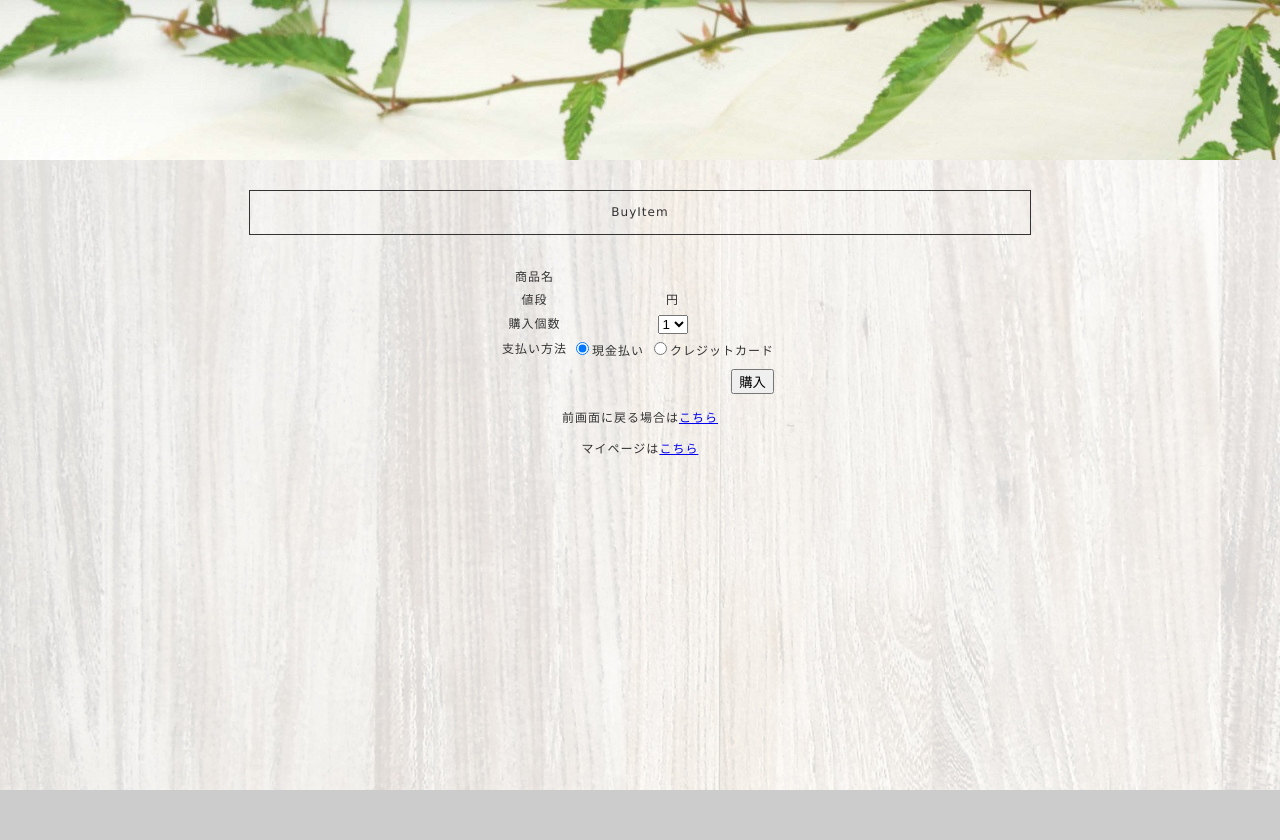
Repository: hiranatsu/ECtest
Page: http://localhost/myecsite01/buyItem.jsp
The author's editor kept a copy of each file at every save. The page is drawn from the files as they stood at one save, then again after the next save.
The browser window is 1280 px wide. The pictures show the whole page.
The page is served by Tomcat 9. Other server files are loaded and not shown.

Above is the page before, as saved 2018-09-19 04:37:43.

### myecsite01/WebContent/buyItem.jsp
<%@ page language="java" contentType="text/html; charset=UTF-8"
    pageEncoding="UTF-8"%>
<%@ taglib prefix="s" uri="/struts-tags" %>
<!DOCTYPE html>
<html>
<head>

	<meta http-equiv="Content-Type" content="text/html; charset=UTF-8"/>
	<meta http-equiv="Content-Style-Type" content="text/css"/>
	<meta http-equiv="Content-Script-Type" content="text/javascript"/>
	<meta http-equiv="itemtoolbar" content="no"/>
	<meta name="description" content=""/>
	<meta name="keywords" content=""/>
	<title>BuyItem画面</title>

	<style type="text/css">
	body{
	margin:0;
	padding:0;
	line-height:1.6;
	letter-spacing:1px;
	font-family:Verdana,Helvetica,sans-serif;
	font-size:12px;
	color:#333;
	background-image:url("haikei1.jpg");
	}

	table{
	text-align:center;
	margin: 0 auto;
	}

	#top{
	width:780px;
	margin:30px auto;
	border:1px solid #333;
	}

	#header{
	height:100px;
	padding:30px;
	background-image:url("ocha.jpg");
	background size:cover;
	text-align:center;
	}

	#main{
	width:100%;
	height:600px;
	text-align:center;
	}
	#footer{
	width:100%;
	height:50px;
	background-color:#CCCCCC;
	clear:both;
	}
	</style>

</head>
<body>
	<div id="header">
		<div id="pr"></div>
	</div>
	<div id="main">
		<div id="top">
			<p>BuyItem</p>
		</div>
		<div>
			<s:form action="BuyItemAction">
			<table>
				<tr>
					<td><span>商品名</span></td>
					<td><s:property value="session.buyItem_name"/><br></td>
					<td><s:property value="session.buyItem_name"/><br></td>
				</tr>
				<tr>
					<td><span>値段</span></td>
					<td><s:property value="session.buyItem_price"/><span>円</span></td>
				</tr>
				<tr>
					<td><span>購入個数</span></td>
					<td>
						<select name="count">
							<option value="1" selected="selected">1</option>
							<option value="2">2</option>
							<option value="3">3</option>
							<option value="4">4</option>
							<option value="5">5</option>
						</select>
					</td>
				</tr>
				<tr>
					<td><span>支払い方法</span></td>
					<td>
						<input type="radio" name="pay" value="1" checked="checked">現金払い
						<input type="radio" name="pay" value="2">クレジットカード
					</td>
				</tr>
				<tr>
					<td><s:submit value="購入"/></td>
				</tr>
			</table>
			</s:form>
			<div>
				<p>前画面に戻る場合は<a href='<s:url action="GoHomeAction"/>'>こちら</a></p>
				<p>マイページは<a href='<s:url action="MyPageAction"/>'>こちら</a></p>
			</div>
		</div>
	</div>
	<div id="footer">
		<div id="pr"></div>
	</div>

</body>
</html>

After the next save:
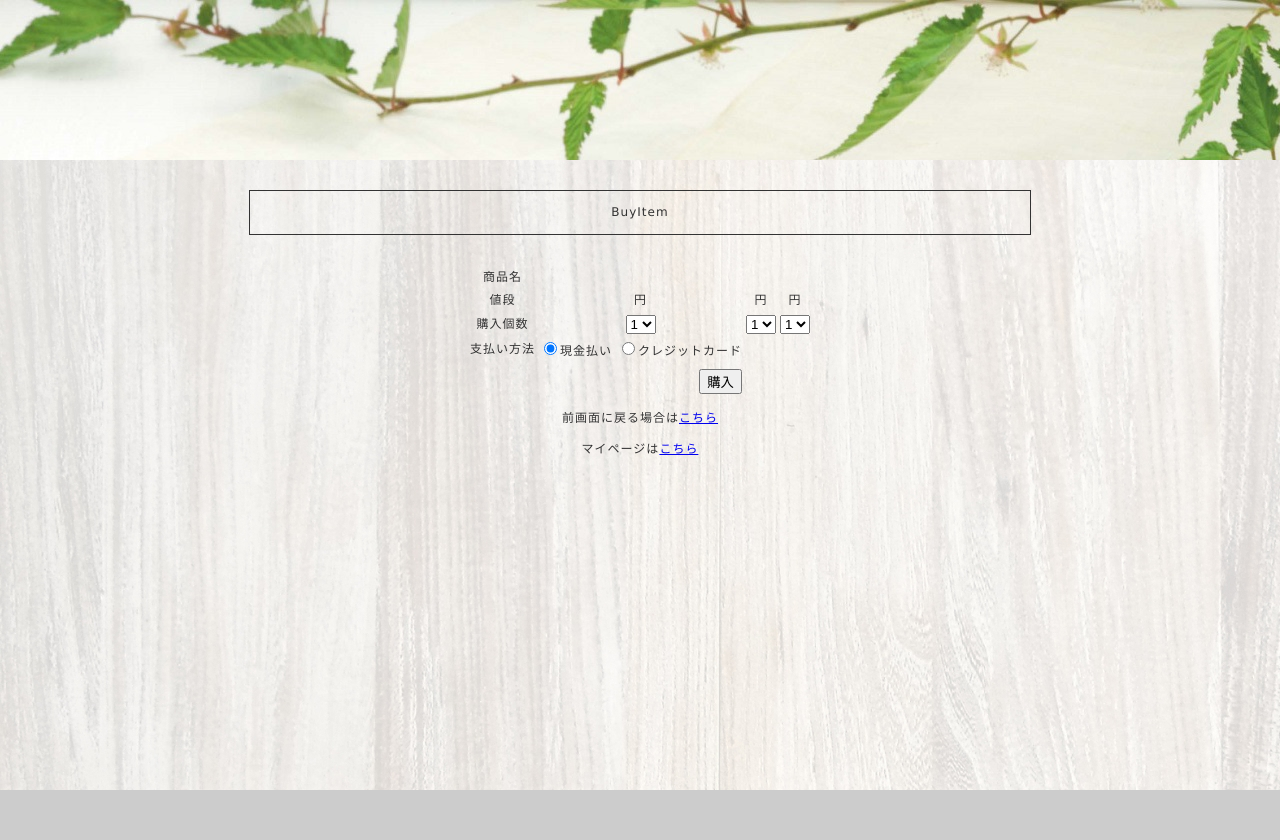
Saved 2 min 41 s later.
--- a/myecsite01/WebContent/buyItem.jsp
+++ b/myecsite01/WebContent/buyItem.jsp
@@ -73,13 +73,34 @@
 					<td><span>商品名</span></td>
 					<td><s:property value="session.buyItem_name"/><br></td>
 					<td><s:property value="session.buyItem_name"/><br></td>
+					<td><s:property value="session.buyItem_name"/><br></td>
 				</tr>
 				<tr>
 					<td><span>値段</span></td>
 					<td><s:property value="session.buyItem_price"/><span>円</span></td>
+					<td><s:property value="session.buyItem_price"/><span>円</span></td>
+					<td><s:property value="session.buyItem_price"/><span>円</span></td>
 				</tr>
 				<tr>
 					<td><span>購入個数</span></td>
+					<td>
+						<select name="count">
+							<option value="1" selected="selected">1</option>
+							<option value="2">2</option>
+							<option value="3">3</option>
+							<option value="4">4</option>
+							<option value="5">5</option>
+						</select>
+					</td>
+					<td>
+						<select name="count">
+							<option value="1" selected="selected">1</option>
+							<option value="2">2</option>
+							<option value="3">3</option>
+							<option value="4">4</option>
+							<option value="5">5</option>
+						</select>
+					</td>
 					<td>
 						<select name="count">
 							<option value="1" selected="selected">1</option>
